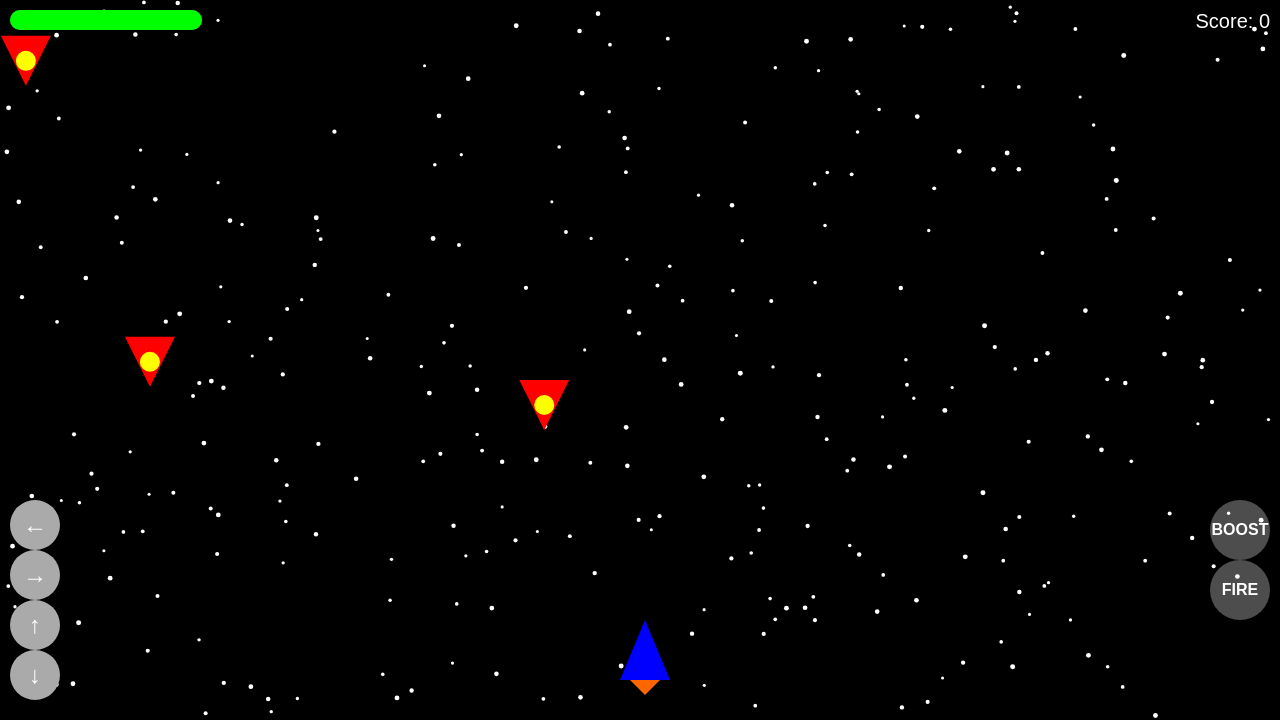
Repository: BiranOrundas/space-shooter
Page: space-shooter.html
The author's editor kept a copy of each file at every save. The page is drawn from the files as they stood at one save, then again after the next save.
The browser window is 1280 px wide. The pictures show the whole page.

Above is the page before, as saved 2025-03-13 15:56:32.

After the next save:
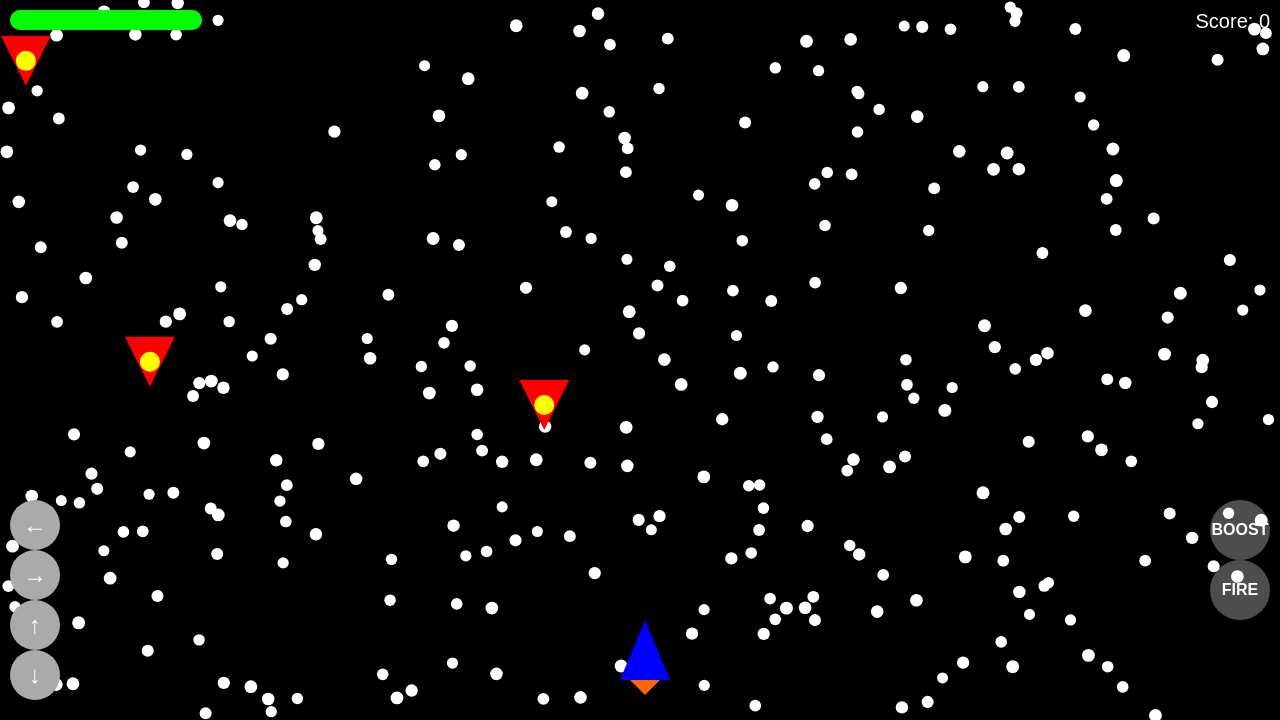
Saved 4 s later.
--- a/space-shooter.html
+++ b/space-shooter.html
@@ -224,7 +224,7 @@
         stars.push({
           x: Math.random() * canvas.width,
           y: Math.random() * canvas.height,
-          size: Math.random() * 1 + 1.5,
+          size: Math.random() * 1 + 5.5,
           speed: Math.random() * 2 + 1.9,
 
         });
